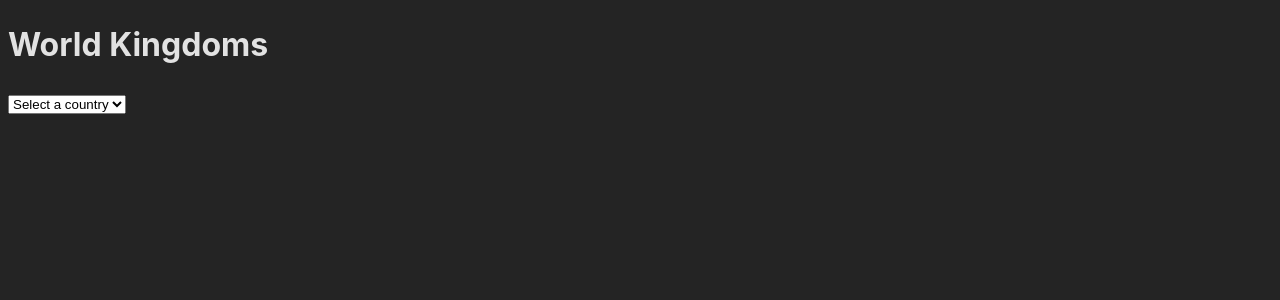
Repository: MonicaNguyenH/Lab-7_Frontend
Page: /
These files come from the project's save history. The page is drawn as it stood at one moment and after a run of saves; the edit follows.
The browser window is 1280 px wide. The pictures show the whole page.
The page's requests for data from a server got no answer. The project was rebuilt for these pictures with package versions that can differ from the ones it lists, and the page was loaded fresh each time. No one was signed in, and anything a server would have sent is missing. Also part of the build but not shown: vite.config.js.

Above is the page before, as saved 2024-11-18 16:00:27.

### src/main.jsx
import React from 'react';
import ReactDOM from 'react-dom/client';
import App from './App';
import './index.css'; // Import your global CSS styles

ReactDOM.createRoot(document.getElementById('root')).render(
  <React.StrictMode>
    <App />
  </React.StrictMode>
);

### src/App.jsx
import { BrowserRouter as Router, Routes, Route } from 'react-router-dom';
import Countries from './Contries';

export default function App() {
  return (
    <Router>
      <Routes>
        <Route path="/" element={<Countries />} />
      </Routes>
    </Router>
  );
}

### src/index.css
:root {
  font-family: Inter, system-ui, Avenir, Helvetica, Arial, sans-serif;
  line-height: 1.5;
  font-weight: 400;

  color-scheme: light dark;
  color: rgba(255, 255, 255, 0.87);
  background-color: #242424;

  font-synthesis: none;
  text-rendering: optimizeLegibility;
  -webkit-font-smoothing: antialiased;
  -moz-osx-font-smoothing: grayscale;
}

### src/Contries.jsx
import { useState, useEffect } from "react";
import { useNavigate, Outlet } from "react-router-dom";

export default function Countries() {
  const [countries, setCountries] = useState([]);
  const [selectedCountry, setSelectedCountry] = useState("");
  const navigate = useNavigate();

  useEffect(() => {
    fetch("https://restcountries.com/v3.1/name/kingdom")
      .then((response) => {
        if (!response.ok) {
          throw new Error("Network response was not ok");
        }
        return response.json();
      })
      .then((data) => setCountries(data))
      .catch((error) => console.error("Error fetching countries:", error));
  }, []);

  const handleCountrySelect = (e) => {
    const selected = countries.find(
      (country) => country.cca2 === e.target.value
    );
    if (selected) {
      setSelectedCountry(selected);
      navigate(`/countries/${selected.cca2}`, { state: { data: selected } });
    }
  };

  return (
    <div>
      <h1>World Kingdoms</h1>
      <select onChange={handleCountrySelect} value={selectedCountry.cca2 || ""}>
        <option value="" disabled>
          Select a country
        </option>
        {countries.map((country) => (
          <option key={country.cca2} value={country.cca2}>
            {country.name.common}
          </option>
        ))}
      </select>
      <Outlet />
    </div>
  );
}

Loaded but not shown: index.html (common file)

After the next 2 saves:
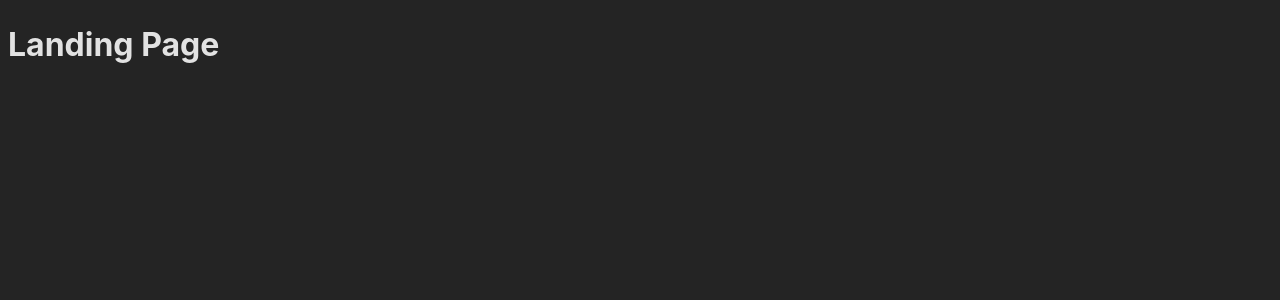
The 2 saves are shown as one change because 1 did not build or start.
The last was saved 73 s later.
--- a/src/App.jsx
+++ b/src/App.jsx
@@ -4,9 +4,10 @@ import Countries from './Contries';
 export default function App() {
   return (
     <Router>
-      <Routes>
-        <Route path="/" element={<Countries />} />
-      </Routes>
-    </Router>
+    <Routes>
+      <Route path="/" element={<h1>Landing Page</h1>} />
+      <Route path="/countries" element={<Countries />} />
+    </Routes>
+  </Router>
   );
 }
